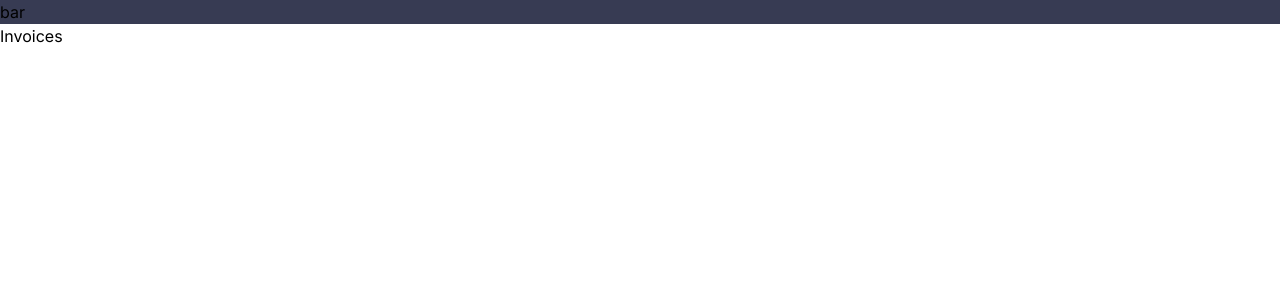
Repository: theoneswhodead/invoice-app
Page: /
The author's editor kept a copy of each file at every save. The page is drawn from the files as they stood at one save, then again after the next save.
The browser window is 1280 px wide. The pictures show the whole page.
The project was rebuilt for these pictures with package versions that can differ from the ones it lists, and the page was loaded fresh each time. The framework's server and built-in components were replaced by stand-ins that run in the browser. Also part of the build but not shown: next.config.mjs.

Above is the page before, as saved 2024-08-19 17:35:56.

### app/layout.tsx
import type { Metadata } from "next";
import { Inter } from "next/font/google";
import "./globals.css";

const inter = Inter({ subsets: ["latin"] });

export const metadata: Metadata = {
  title: "Invoice app<",
  description: "Invoice app",
};

export default function RootLayout({
  children,
}: Readonly<{
  children: React.ReactNode;
}>) {
  return (
    <html lang="en">
      <head>
        <link
            rel="icon"
            type="image/png"
            sizes="16x16"
            href="/favicon-32x32.png"
          />
      </head>
      <body className={inter.className}>{children}</body>
    </html>
  );
}

### app/page.tsx
import BarMenu from "./components/BarMenu";
import Invoices from "./components/Invoices";

export default function Home() {
  return (
    <main className="">
      <BarMenu />
      <Invoices />
    </main>
  );
}

### app/globals.css
@import url('https://fonts.googleapis.com/css2?family=League+Spartan:wght@100..900&display=swap');

@tailwind base;
@tailwind components;
@tailwind utilities;

### app/components/BarMenu.tsx
import React from 'react'

const BarMenu = () => {
  return (
    <nav className='bg-gray h-18'>
      bar
    </nav>
  )
}

export default BarMenu

### app/components/Invoices.tsx
import React from 'react'

const Invoices = () => {
  return (
    <div>
      Invoices
    </div>
  )
}

export default Invoices

### tailwind.config.ts
import type { Config } from "tailwindcss";

const config: Config = {
  content: [
    "./pages/**/*.{js,ts,jsx,tsx,mdx}",
    "./components/**/*.{js,ts,jsx,tsx,mdx}",
    "./app/**/*.{js,ts,jsx,tsx,mdx}",
  ],
  darkMode: 'selector',
  theme: {
    extend: {
      colors: {
        "purple": "#7C5DFA",
        "light_purple": "#9277FF",
        "charcoal_blue": "#1E2139",
        "charcoal_gray": "#252945",
        "lavender_blue": "#DFE3FA",
        "cool_gray": "#888EB0",
        "wild_blue_yonder": "#7E88C3",
        "gunmetal": "#0C0E16",
        "coral_red": "#EC5757",
        "periwinkle": "#9277FF",
        "off_white": "#F8F8FB",
        "rich_black": "#141625",
        "gray": "#373B53"
      },
      fontFamily: {
        Leagie_Spartan: ["League Spartan", "sans-serif"],
      },
      screens: {
        xxs: "280px",
        xs: "375px",
        ss: "580px",
        sm: "768px",
        md: "1060px",
        lg: "1440px",
        xl: "1700px",
      },
    },
  },
  plugins: [],
};
export default config;

After the next save:
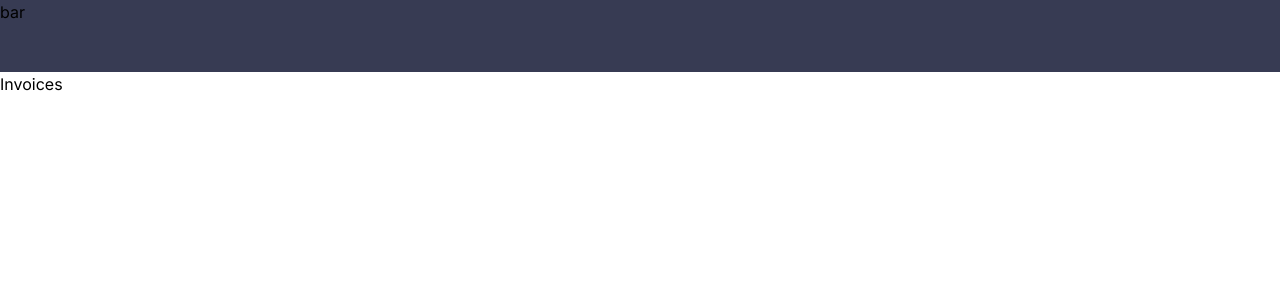
Saved 54 s later.
--- a/app/components/BarMenu.tsx
+++ b/app/components/BarMenu.tsx
@@ -2,7 +2,7 @@ import React from 'react'
 
 const BarMenu = () => {
   return (
-    <nav className='bg-gray h-18'>
+    <nav className='bg-gray h-[4.5rem]'>
       bar
     </nav>
   )
